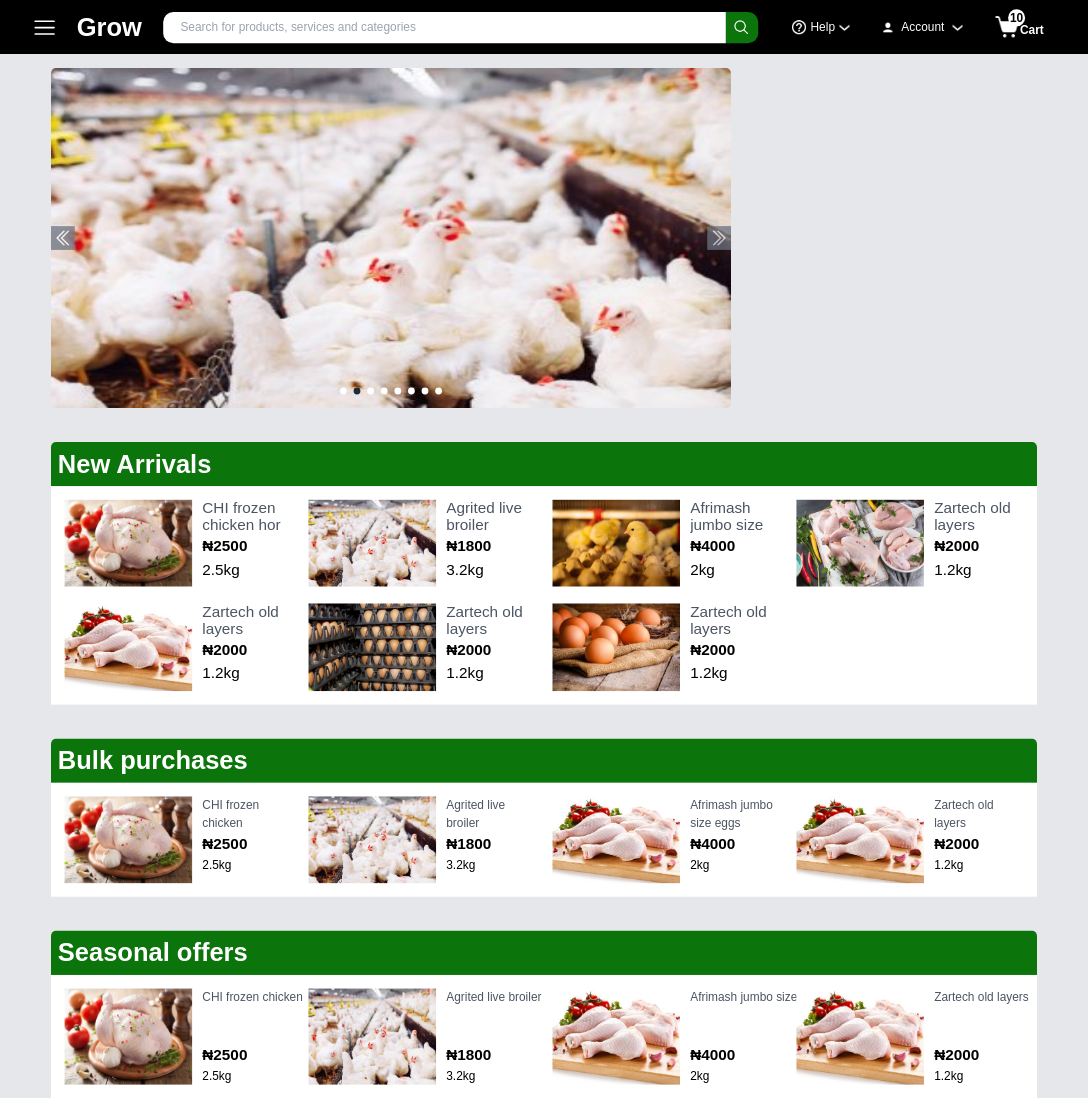
Repository: IssaMuiz/ifarmstock
Page: /
The author's editor kept a copy of each file at every save. The page is drawn from the files as they stood at one save, then again after the next save.
The browser window is 1280 px wide. The pictures show the whole page, at 85% of full size.
The project was rebuilt for these pictures with package versions that can differ from the ones it lists, and the page was loaded fresh each time. The framework's server and built-in components were replaced by stand-ins that run in the browser. Also part of the build but not shown: next.config.mjs.

Above is the page before, as saved 2024-08-31 06:28:16.

After the next save:
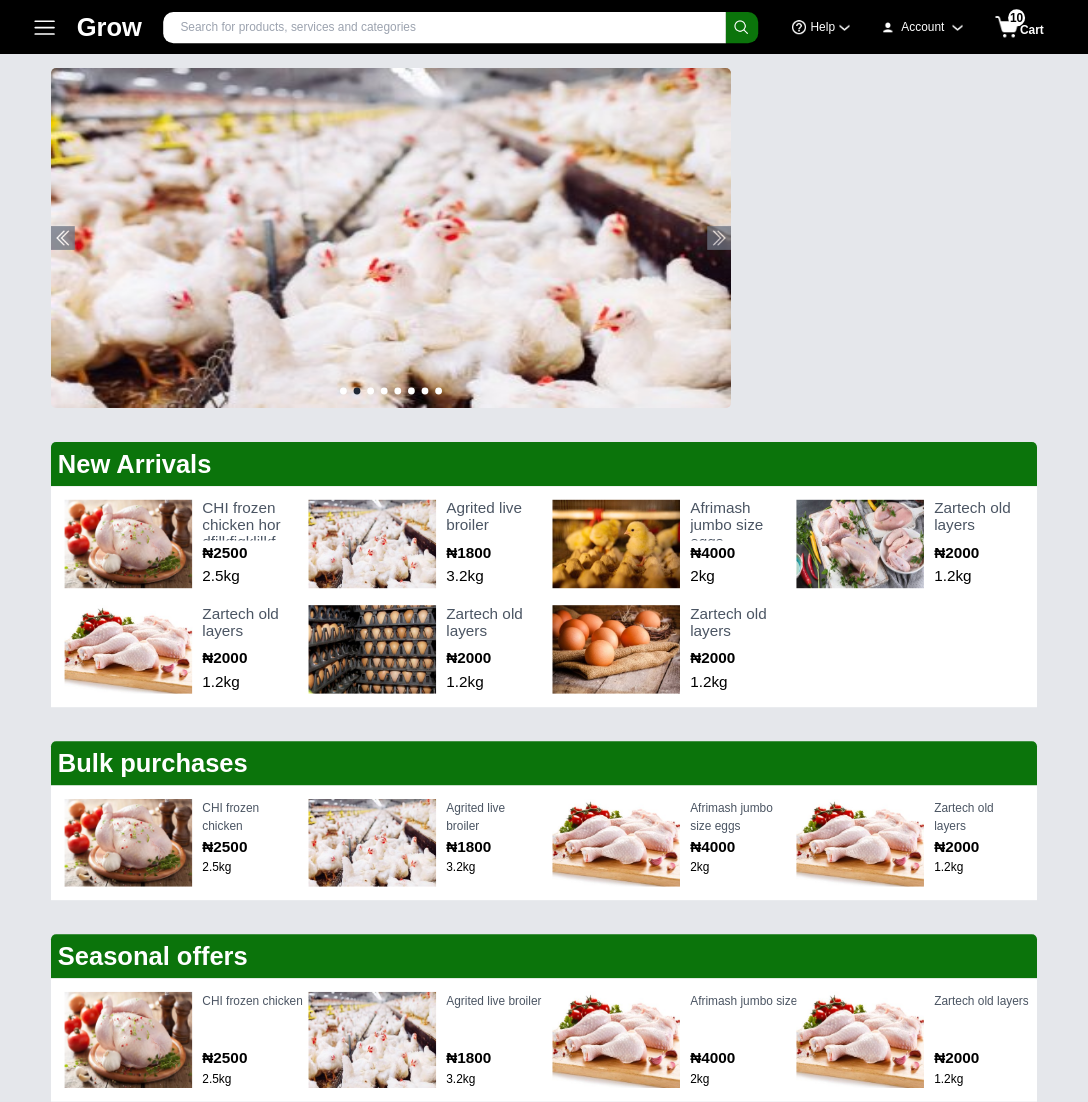
Saved 63 s later.
--- a/components/newArrivalsCards.tsx
+++ b/components/newArrivalsCards.tsx
@@ -8,7 +8,7 @@
           <div key={index} className="flex gap-3">
             <Image src={product.image} alt="poultry" width={150} height={150} />
             <div className="text-lg overflow-hidden">
-              <p className="text-gray-600 overflow-hidden h-10 leading-5 text-ellipsis">
+              <p className="text-gray-600 overflow-hidden h-12 leading-5 text-ellipsis">
                 {product.name}
               </p>
               <p className="font-semibold text-lg">&#8358;{product.Price}</p>
